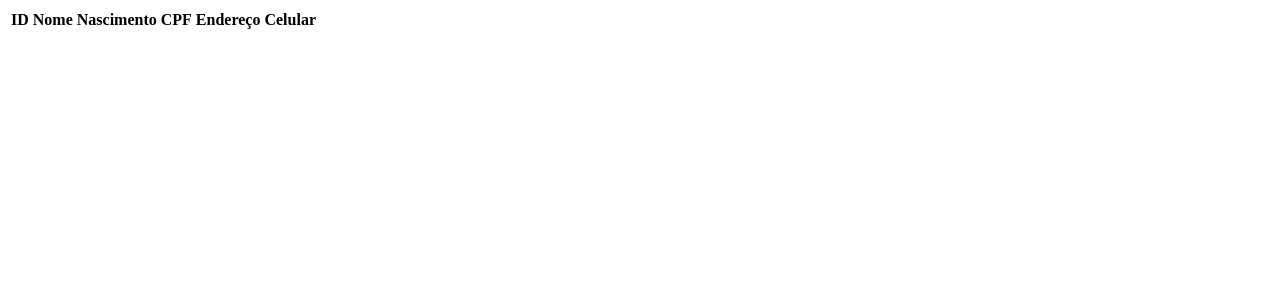
Repository: luizasilveira/TechWeb
Page: http://localhost/techWebP1/lista.jsp
The author's editor kept a copy of each file at every save. The page is drawn from the files as they stood at one save, then again after the next save.
The browser window is 1280 px wide. The pictures show the whole page.
The page is served by Tomcat 9. Other server files are loaded and not shown. Queries for data that is not in the repository find no rows.

Above is the page before, as saved 2019-09-08 20:53:26.

### Projeto1/techWebP1/WebContent/lista.jsp
<%@ page language="java" contentType="text/html; charset=ISO-8859-1"
	pageEncoding="ISO-8859-1"%>
<!DOCTYPE html>
<html>
<head>
<meta charset="ISO-8859-1">
<title>Insert title here</title>
</head>
<body>
	<%@ page import="java.util.*,techWebP1.*"%>
	<table class ="striped">
	<thead>
			<tr>
			<th>ID</th>
				<th>Nome</th>
				<th>Nascimento</th>
				<th>CPF</th>
				<th>Endereço</th>
				<th>Celular</th>
			</tr>
		</thead>

		<%
			DAO dao = new DAO();
			List<Clients> clientes = dao.getClientes();
			for (Clients cliente : clientes) {
		%>


		<tbody>
			<tr>
				<td><%=cliente.getId()%></td>
				<td><%=cliente.getName()%></td>
				<td><%=cliente.getBirth()%></td>
				<td><%=cliente.getCPF()%></td>
				<td><%=cliente.getAdress()%></td>
				<td><%=cliente.getCelphone()%></td>
			</tr>


			<%
			}
		%>
		</tbody>
	</table>

</body>
</html>

### Projeto1/techWebP1/src/techWebP1/DAO.java
package techWebP1;

import java.sql.Connection;
import java.sql.DriverManager;
import java.sql.PreparedStatement;
import java.sql.ResultSet;
import java.sql.SQLException;
import java.util.ArrayList;
import java.util.List;

public class DAO {

	private Connection connection = null;

	public DAO() {
		try {
			Class.forName("com.mysql.cj.jdbc.Driver");
		} catch (ClassNotFoundException e) {
			// TODO Auto-generated catch block
			e.printStackTrace();
		}
		try {
			connection = DriverManager.getConnection(
					"jdbc:mysql://localhost/projeto1?useTimezone=true&serverTimezone=UTC","root","lulu0147");
		} catch (SQLException e) {
			// TODO Auto-generated catch block
			e.printStackTrace();
		}
	}

	public List<Clients> getClientes() {

		List<Clients> clients = new ArrayList<Clients>();
		PreparedStatement stmt = null;
		try {
			stmt = connection.prepareStatement("SELECT * FROM CadastroCliente");
		} catch (SQLException e) {
			// TODO Auto-generated catch block
			e.printStackTrace();
		}
		ResultSet rs = null;
		try {
			rs = stmt.executeQuery();
		} catch (SQLException e) {
			// TODO Auto-generated catch block
			e.printStackTrace();
		}
		try {
			while (rs.next()) {
				Clients client = new Clients();
				client.setId(rs.getInt("id"));
				client.setName(rs.getString("Nome"));
				client.setBirth(rs.getString("Nascimento"));
				client.setCPF(rs.getString("CPF"));
				client.setAdress(rs.getString("Endereço"));
				client.setCelphone(rs.getString("Celular"));
				clients.add(client);
			}
		} catch (SQLException e) {
			// TODO Auto-generated catch block
			e.printStackTrace();
		}
		try {
			rs.close();
		} catch (SQLException e) {
			// TODO Auto-generated catch block
			e.printStackTrace();
		}
		try {
			stmt.close();
		} catch (SQLException e) {
			// TODO Auto-generated catch block
			e.printStackTrace();
		}
		return clients;

	}

	public void adiciona(Clients client) {
		String sql = "INSERT INTO CadastroCliente" +
		"(Nome,Nascimento,CPF,Endereço,Celular) values(?,?,?,?,?)";
		PreparedStatement stmt = null;
		try {
			stmt = connection.prepareStatement(sql);
		} catch (SQLException e) {
			// TODO Auto-generated catch block
			e.printStackTrace();
		}
		try {
			stmt.setString(1,client.getName());
		} catch (SQLException e) {
			// TODO Auto-generated catch block
			e.printStackTrace();
		}
		try {
			stmt.setString(2, client.getBirth());
		} catch (SQLException e) {
			// TODO Auto-generated catch block
			e.printStackTrace();
		}

		try {
			stmt.setString(3,client.getCPF());
		} catch (SQLException e) {
			// TODO Auto-generated catch block
			e.printStackTrace();
		}

		try {
			stmt.setString(4,client.getAdress());
		} catch (SQLException e) {
			// TODO Auto-generated catch block
			e.printStackTrace();
		}

		try {
			stmt.setString(5,client.getCelphone());
		} catch (SQLException e) {
			// TODO Auto-generated catch block
			e.printStackTrace();
		}

		try {
			stmt.execute();
		} catch (SQLException e) {
			// TODO Auto-generated catch block
			e.printStackTrace();
		}

		try {
			stmt.close();
		} catch (SQLException e) {
			// TODO Auto-generated catch block
			e.printStackTrace();
		}
		}

	public void close() {

		try {
			connection.close();
		} catch (SQLException e) {
			// TODO Auto-generated catch block
			e.printStackTrace();
		}

	}
}

After the next save:
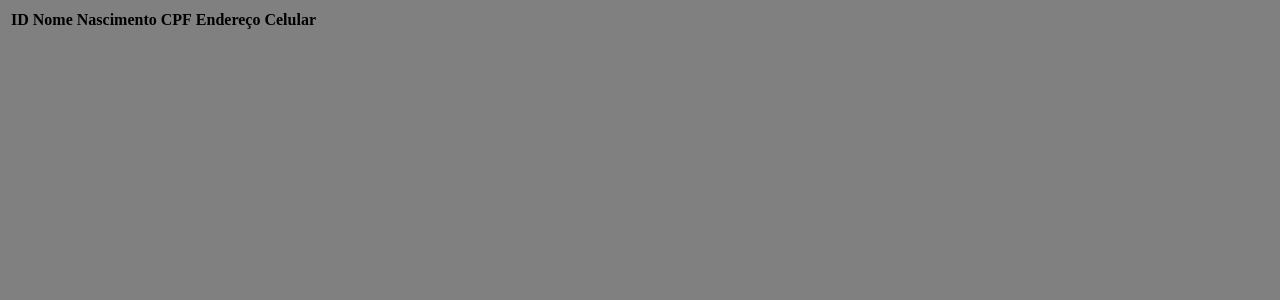
Saved 45 s later.
--- a/Projeto1/techWebP1/WebContent/lista.jsp
+++ b/Projeto1/techWebP1/WebContent/lista.jsp
@@ -5,6 +5,12 @@
 <head>
 <meta charset="ISO-8859-1">
 <title>Insert title here</title>
+
+<style>
+body {
+	background-color: grey;
+}
+</style>
 </head>
 <body>
 	<%@ page import="java.util.*,techWebP1.*"%>

After the save that followed:
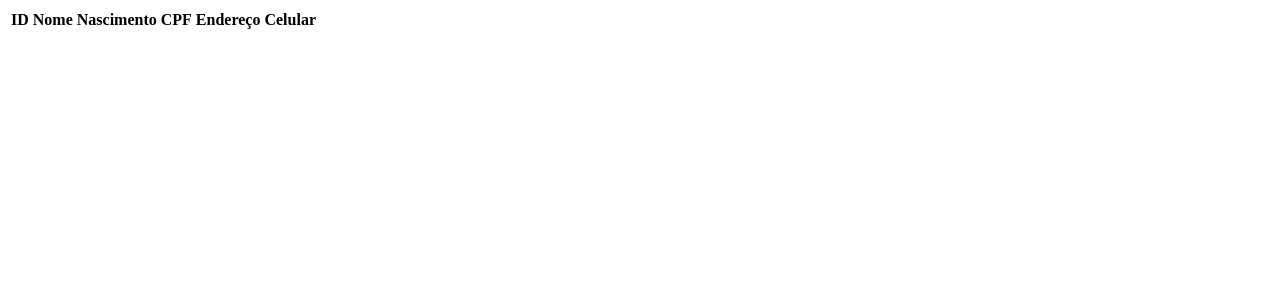
Saved 20 s later.
--- a/Projeto1/techWebP1/WebContent/lista.jsp
+++ b/Projeto1/techWebP1/WebContent/lista.jsp
@@ -8,7 +8,7 @@
 
 <style>
 body {
-	background-color: grey;
+	background-color: white;
 }
 </style>
 </head>
